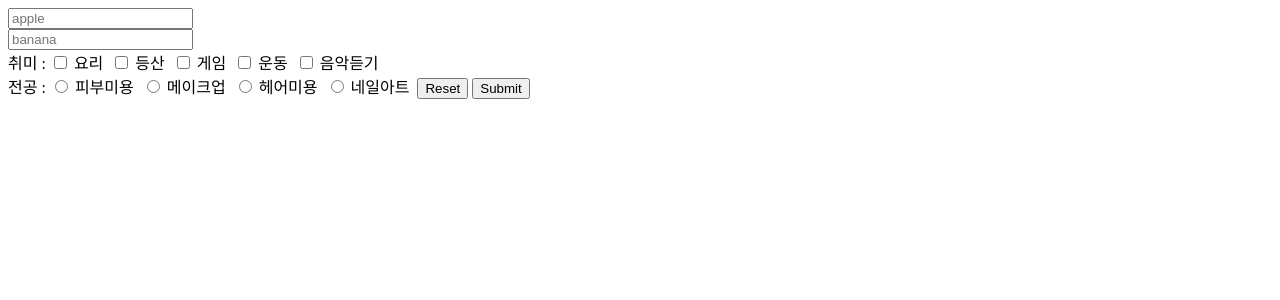
Repository: Kimhwawon/jsp_practice
Page: http://localhost/JSPBasic/JsObject/1.requests/req_param_send.jsp
The author's editor kept a copy of each file at every save. The page is drawn from the files as they stood at one save, then again after the next save.
The browser window is 1280 px wide. The pictures show the whole page.
The page is served by Tomcat 9.

Above is the page before, as saved 2022-02-03 06:45:32.

### JSPBasic/src/main/webapp/JsObject/1.requests/req_param_send.jsp
<%@ page language="java" contentType="text/html; charset=UTF-8"
    pageEncoding="UTF-8"%>
<!DOCTYPE html>
<html>
<head>
<meta charset="UTF-8">
<title>Insert title here</title>
</head>
<body>
	<%--아래에 form을 만들고 내부에 input 4개를 만들어주세요.
	input태그의 type속성은 하나는 text, 하나는 password
	name속성은 하나는 apple, 하나는 banana로 해 주세요.
	reset버튼과 submit 버튼도 각각 하나씩 만들어주세요.

	form의 action이 바로 목적지를 적는 부분임.
	웹개발에서는 받을 페이지 화면의 주소를 적어줍니다. --%>
	<form action="req_param_getpost.jsp" method="get">
		<input type = "text" name="apple" placeholder="apple"/> <br/>
		<input type = "password" name= "banana" placeholder= "banana"/> <br/>

		취미 :
		<input type = "checkbox" name= "hobby" value="요리" > 요리&nbsp;
		<input type = "checkbox" name= "hobby" value="등산" > 등산&nbsp;
		<input type = "checkbox" name= "hobby" value="게임"> 게임&nbsp;
		<input type = "checkbox" name= "hobby" value="운동"> 운동&nbsp;
		<input type = "checkbox" name= "hobby" value="음악듣기"> 음악듣기&nbsp;<br/>

		전공 :
		<input type = "radio" name= "major" value="피부미용" > 피부미용&nbsp;
		<input type = "radio" name= "major" value="메이크업" > 메이크업&nbsp;
		<input type = "radio" name= "major" value="헤어미용" > 헤어미용&nbsp;
		<input type = "radio" name= "major" value="네일아트" > 네일아트&nbsp;


	<input type = "reset"/>
	<input type = "submit"/>
	</form>

</body>
</html>

After the next save:
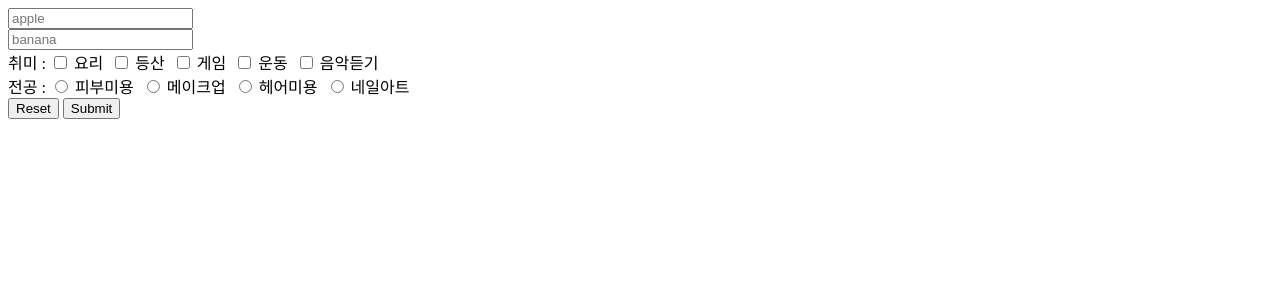
Saved 17 h 27 min later.
--- a/JSPBasic/src/main/webapp/JsObject/1.requests/req_param_send.jsp
+++ b/JSPBasic/src/main/webapp/JsObject/1.requests/req_param_send.jsp
@@ -29,7 +29,7 @@
 		<input type = "radio" name= "major" value="피부미용" > 피부미용&nbsp;
 		<input type = "radio" name= "major" value="메이크업" > 메이크업&nbsp;
 		<input type = "radio" name= "major" value="헤어미용" > 헤어미용&nbsp;
-		<input type = "radio" name= "major" value="네일아트" > 네일아트&nbsp;
+		<input type = "radio" name= "major" value="네일아트" > 네일아트&nbsp;<br/>
 
 
 	<input type = "reset"/>
